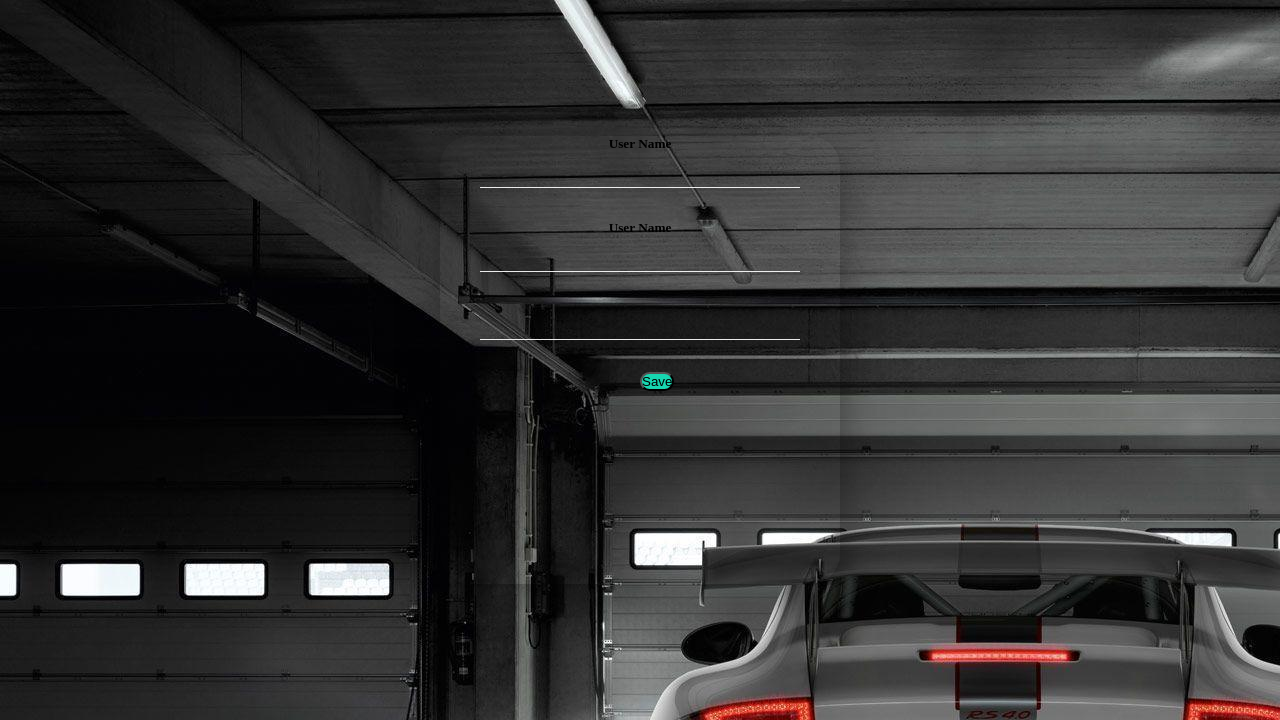
Repository: rkrukshan/Glass_Login_CSS
Page: login.html
These files come from the project's save history. The page is drawn as it stood at one moment and after the next save; the edit follows.
The browser window is 1280 px wide. The pictures show the whole page.

Above is the page before, as saved 2023-10-03 20:07:05.

### login.html
<!DOCTYPE html>
<html lang="en">

<head>
    <style>
        * {
            margin: 0;
            padding: 0;
            box-sizing: border-box;
            cursor: pointer;
        }

        body {
            height: 100vh;
            width: 100%;
            display: flex;
            justify-content: center;
            align-items: center;
        }

        form {
            width: 25rem;
            height: 28rem;
            flex-direction: column;
            background: rgba(91, 209, 255, 0.06);
            box-shadow: 0 8px 41px 0 rgba(0, 0, 0, 0.37);
            border-radius: 30px;
            border-left: 1px solid rgba(red, green, blue, .3);
            border-top: 1px solid rgba(red, green, blue, .3);
            background: transparent;
            border: solid 1px rgb(black)
        }

        input {
            width: 80%;
            margin: 5% auto;
            margin-bottom: 8%;
            border: none;
            outline: none;
            background: transparent;
            color: white;
            border-bottom: 1px solid rgb(255, 255, 255);
            opacity: .9;
        }

        button {
            background-color: rgb(23, 214, 176);
            position: absolute;
            align-items: center;
            border-radius:50px;

        }
    </style>
    <meta charset="UTF-8">
    <meta name="viewport" content="width=device-width, initial-scale=1.0">
    <title>Document</title>
</head>

<body style="background-image: url(images/1.jpg);">
    <form action="">
        <center>
            <center><label for="">
                    <h5><strong>User Name</strong></h5>
                </label></center>
            <input type="text">
            <center><label for="">
                    <h5><strong>User Name</strong></h5>
                </label></center>
            <input type="text">
            <label for=""></label>
            <input type="text">
            <br>
            <button>Save</button>
        </center>
    </form>
</body>

</html>

After the next save:
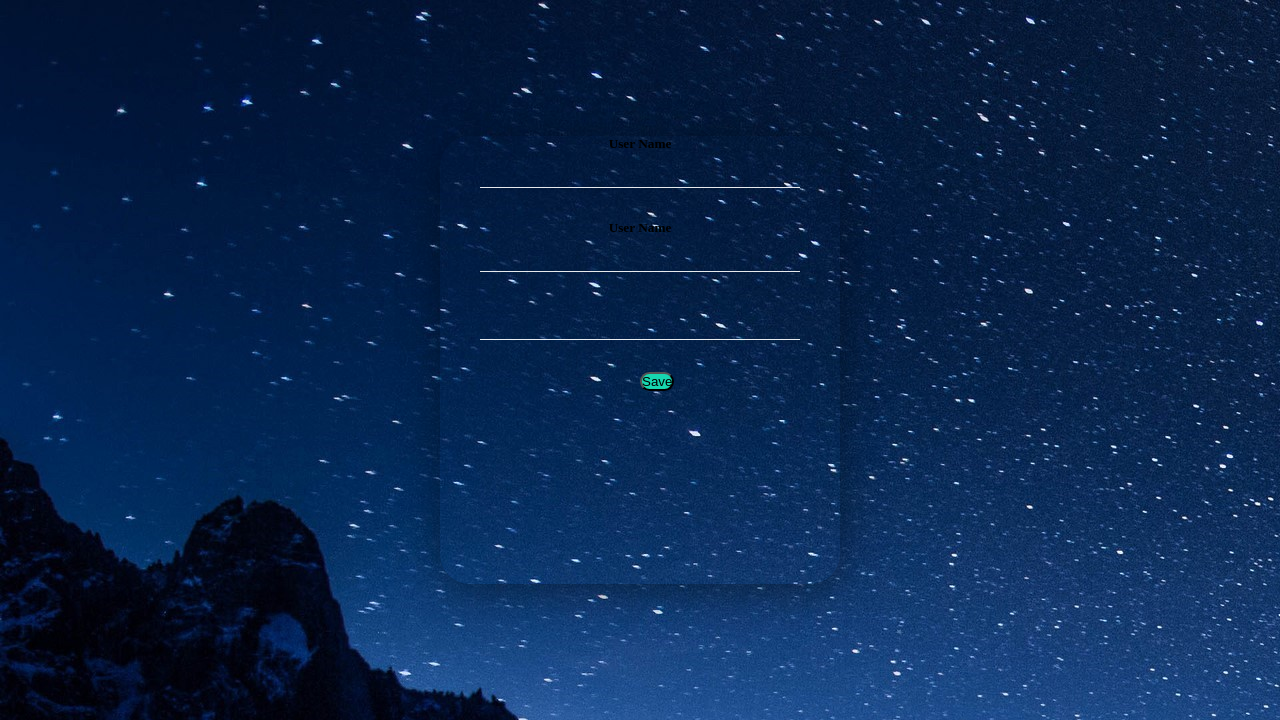
Saved 6 min 52 s later.
--- a/login.html
+++ b/login.html
@@ -56,7 +56,7 @@
     <title>Document</title>
 </head>
 
-<body style="background-image: url(images/1.jpg);">
+<body style="background-image: url(images/2.jpg);">
     <form action="">
         <center>
             <center><label for="">
